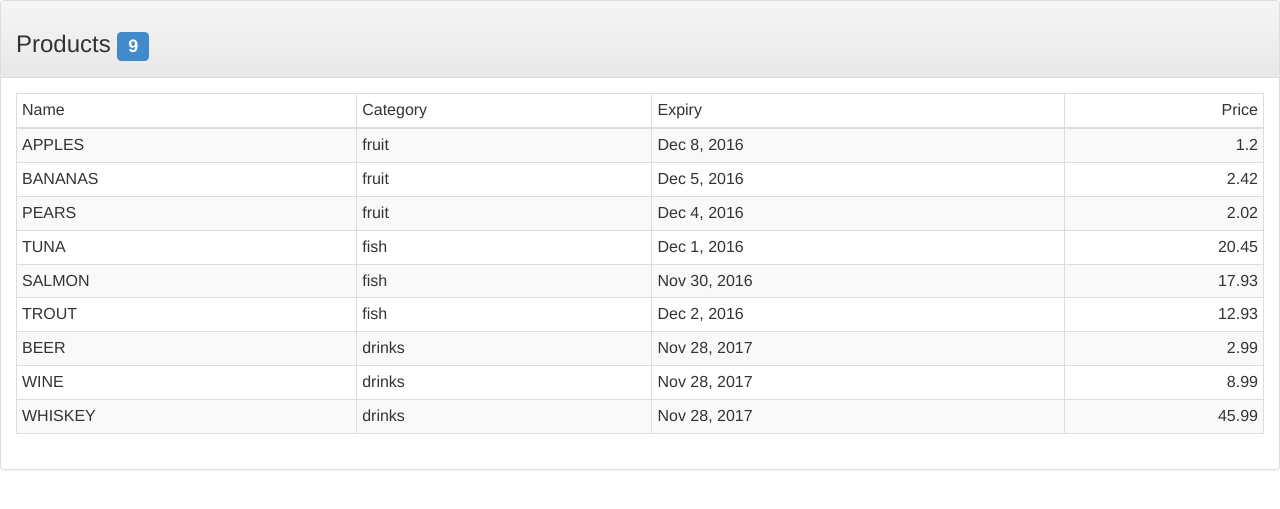
Repository: chisun-joung/workplace
Page: angularJS/WebContent/Chap14_Filter_CustomFilter/P404_Filter.html
The author's editor kept a copy of each file at every save. The page is drawn from the files as they stood at one save, then again after the next save.
The browser window is 1280 px wide. The pictures show the whole page.
Some web libraries are served in a nearby version.

Above is the page before, as saved 2016-11-29 04:27:01.

After the next save:
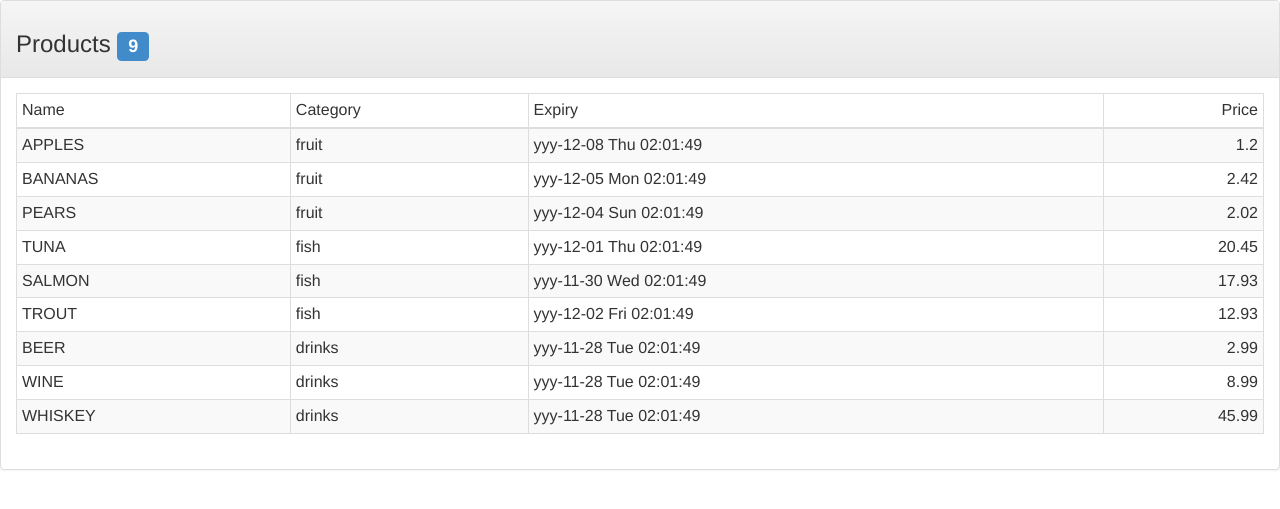
Saved 2 min 4 s later.
--- a/angularJS/WebContent/Chap14_Filter_CustomFilter/P404_Filter.html
+++ b/angularJS/WebContent/Chap14_Filter_CustomFilter/P404_Filter.html
@@ -52,7 +52,7 @@
 					<tr ng-repeat="p in products">
 						<td>{{p.name | uppercase}}</td>
 						<td>{{p.category | lowercase}}</td>
-						<td>{{setDate(p.expiry) | date}}</td>
+						<td>{{setDate(p.expiry) | date: 'yyy-MM-dd EEE hh:mm:ss'}}</td>
 						<td class="text-right">{{p.price}}</td>
 					</tr>
 				</tbody>
